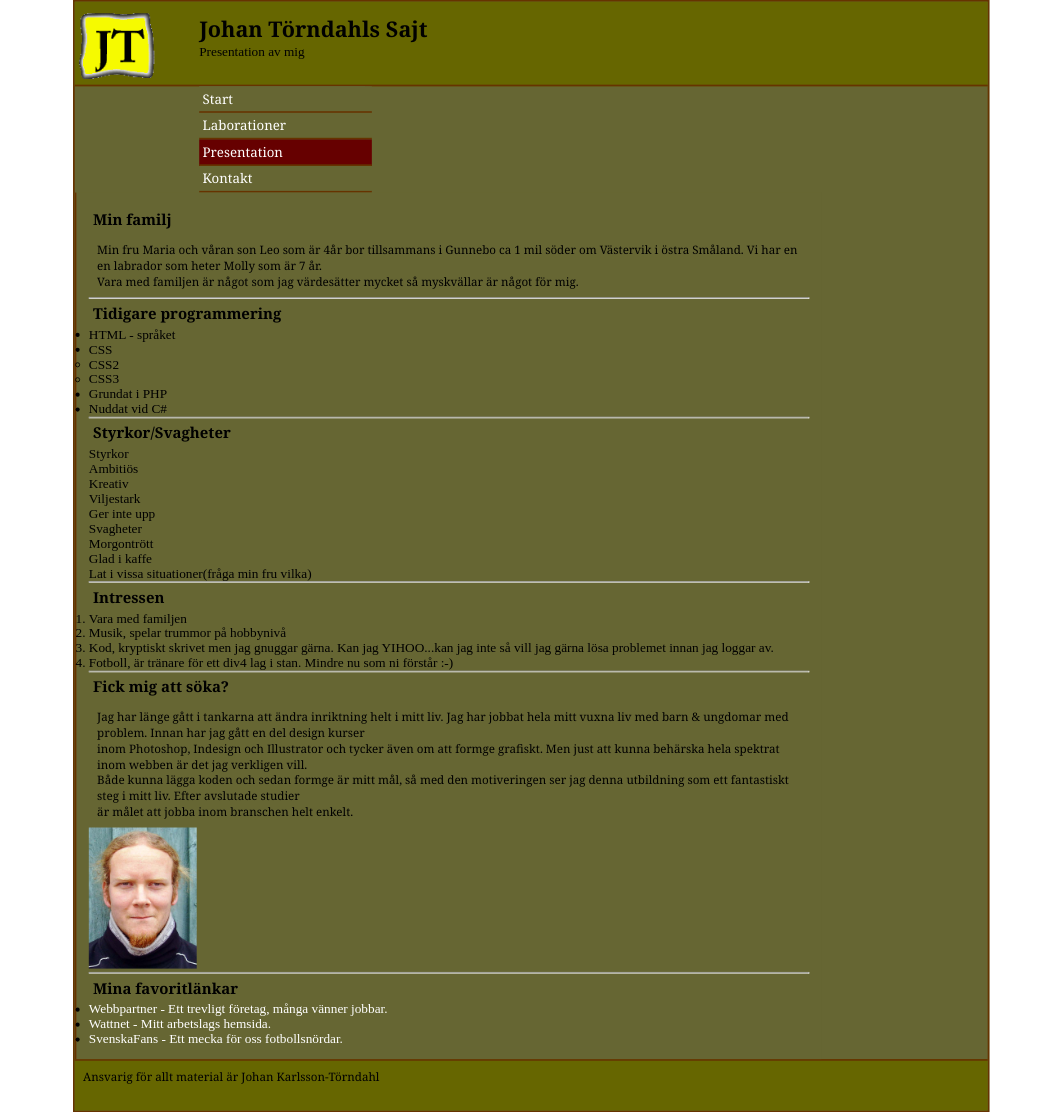
Repository: jt222ia/1ik415-jt222ia-laborationer
Page: pages/presentation.html
The author's editor kept a record of every edit. The page is drawn from the files as they stood at one moment, then again after the next edit.
The browser window is 1280 px wide. The pictures show the whole page, at 83% of full size.

Above is the page before.

### pages/presentation.html
<!DOCTYPE html>
<html>
    <head>
        <meta charset="utf-8" />
        <title>Min kursblogg - Presentation</title>
        <link rel="stylesheet" href="../css/style.css" type="text/css" />
    </head>

    <body>
    <div id="container">
            <!-- Nu börjar jag presentationen av mig :-) -->

        <div id="header">
            <div id="header_logo">
                <img src="../pics/logo_trans.png">
            </div>

            <div id="header_content">
                <h1 class="top_h1">Johan Törndahls Sajt</h1>
                <span>Presentation av mig</span>
            </div>
        </div>

        <div id="navigation">
            <ul>
               <li><a href="../index.html">Start</a></li>
               <li><a href="laborationer.html">Laborationer</a></li>
               <li><a href="presentation.html" class="active">Presentation</a></li>
               <li><a href="kontakt.html">Kontakt</a></li>
            </ul>
        </div>
        <div id="content">
            <h3>Min familj</h3>
                    <p> Min fru Maria och våran son Leo som är 4år bor tillsammans i Gunnebo ca 1 mil söder om Västervik i östra Småland.
                    Vi har en en labrador som heter Molly som är 7 år. <br />
                    Vara med familjen är något som jag värdesätter mycket så myskvällar är något för mig.
                    </p>
                    <hr />

            <h3>Tidigare programmering</h3>
                    <ul>
                        <li>HTML - språket</li>
                        <li>CSS
                            <ul>
                                <li>CSS2</li>
                                <li>CSS3</li>
                            </ul>
                        </li>
                        <li>Grundat i PHP</li>
                        <li>Nuddat vid C#</li>
                    </ul>
                    <hr />

            <h3>Styrkor/Svagheter</h3>
                    <dl>
                        <dt>Styrkor</dt>
                            <dd>Ambitiös</dd>
                            <dd>Kreativ</dd>
                            <dd>Viljestark</dd>
                            <dd>Ger inte upp</dd>

                        <dt>Svagheter</dt>
                            <dd>Morgontrött</dd>
                            <dd>Glad i kaffe</dd>
                            <dd>Lat i vissa situationer(fråga min fru vilka)</dd>
                    </dl>
                    <hr />

            <h3>Intressen</h3>
                        <ol>
                          <li>Vara med familjen</li>
                          <li>Musik, spelar trummor på hobbynivå</li>
                          <li>Kod, kryptiskt skrivet men jag gnuggar gärna. Kan jag YIHOO...kan jag inte så vill jag gärna lösa problemet innan jag loggar av.</li>
                          <li>Fotboll, är tränare för ett div4 lag i stan. Mindre nu som ni förstår :-)</li>
                        </ol>
                    <hr />

            <h3>Fick mig att söka?</h3>
                    <p>Jag har länge gått i tankarna att ändra inriktning helt i mitt liv. Jag har jobbat hela mitt vuxna liv med barn & ungdomar med problem.
                        Innan har jag gått en del design kurser<br /> inom Photoshop, Indesign och Illustrator och tycker även om att formge grafiskt. Men just att kunna behärska
                        hela spektrat inom webben är det jag verkligen vill.<br /> Både kunna lägga koden och sedan formge är mitt mål, så med den motiveringen ser jag denna utbildning
                        som ett fantastiskt steg i mitt liv. Efter avslutade studier<br /> är målet att jobba inom branschen helt enkelt.
                    </p>
                    <img src="../pics/me.jpg" id="bilden" alt="Ett fotografi av mig" width="130" height="170">
                    <hr />

     <!-- Nu avslutar jag presentationen av mig. Hoppas det var trevlig läsning -->

            <h3>Mina favoritlänkar</h3>
                     <ul>
                         <li><a href="http://www.webbpartner.se" target="_blank">Webbpartner - Ett trevligt företag, många vänner jobbar.</a></li>
                         <li><a href="http://www.wattnet.se" target="_blank">Wattnet - Mitt arbetslags hemsida.</a></li>
                         <li><a href="http://www.svenskafans.se" target="_blank">SvenskaFans - Ett mecka för oss fotbollsnördar.</a></li>
                     </ul>
        </div>
        <div id="footer">
            <p>Ansvarig för allt material är Johan Karlsson-Törndahl</p>
        </div>
    </div>
    </body>
</html>

### css/style.css
/*
Mina färger
Container, content, navigation - #666633
Header, Footer - #666600
Borders - #663300
Länkar - #fff
Active link - #660000
*/

* {
    margin:0;
    padding:0;
}

body {


}

/*De stora blocken */

#container{
    margin:0 auto;
    width:1100px;
    border:2px solid #663300;
    background-color:#666633;

}

#header {
    height:100px;
    background-color:#666600;
    border-bottom:2px solid #663300;

}
#header_logo {
    float:left;
    width:150px;

}
#header_content {
    float:left;
    width:500px;

}

#navigation{
    width:200px;
    float:left;
    background-color:#666633;

}
#content {
    width:868px;
    float:left;
    padding:15px;
    background-color:#666633;
    border-left:2px solid #663300;

}

#footer {
    clear:both;
    height:60px;
    border-top:2px solid #663300;
    background-color:#666600;
}
#clear {
    clear:both;
}

/* Menyn */

#navigation ul {
     margin:0px;
     padding:0px;
     list-style:none;
}
#navigation ul li {

}
#navigation ul a {
    display:block;
    padding:4px;
    width:200px;
    font-family:georgia;
    text-decoration:none;
    border-bottom:2px solid #663300;
    color:#fff;
    background-color:#666633;

}
#navigation ul a:hover{
    background-color:#663333;
}

/*Klasser */

#navigation ul li .active {
   background-color:#660000;

}
.postauthor{
    text-align:right;
    font-style:italic;
}
.top_h1 {
    margin-top:15px;
    margin-right:10px;
}

.icon{
    float:left;
}
/*Typografi på sidan */

h1 {
    font-size:26px;
    font-family:Georgia, sans-serif;

}
h2 {
    font-size:24px;
    font-family:Georgia, sans-serif;

}
h3 {
    font-size:18px;
    font-family:Georgia, sans-serif;
    padding:5px;

}
a {
    text-decoration:none;
    font-style:bold;
    color:#fff;
}
p{
    font-size:14px;
    font-family:Georgia;
    padding:10px;
}

After the next edit:
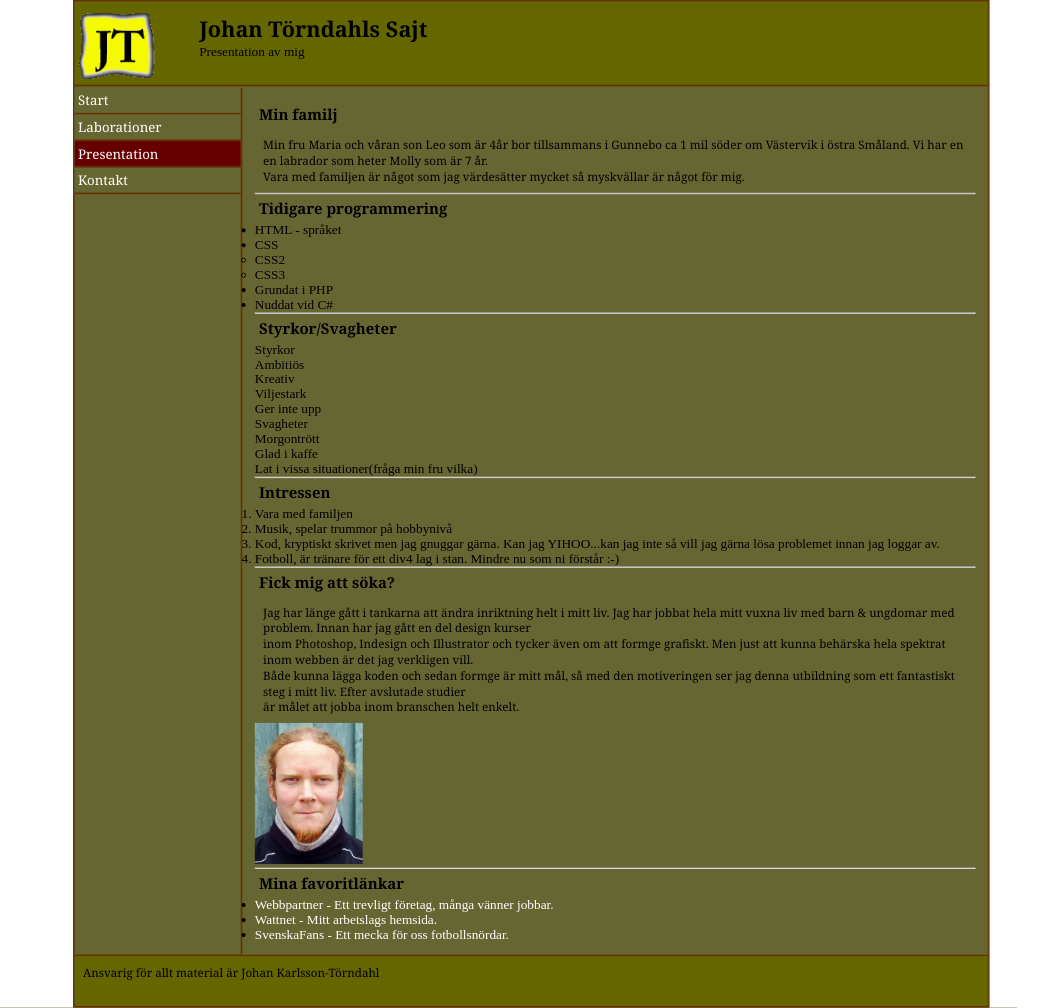
The edit:
--- a/pages/presentation.html
+++ b/pages/presentation.html
@@ -20,6 +20,7 @@
                 <span>Presentation av mig</span>
             </div>
         </div>
+        <div id="clear"></div>
 
         <div id="navigation">
             <ul>
